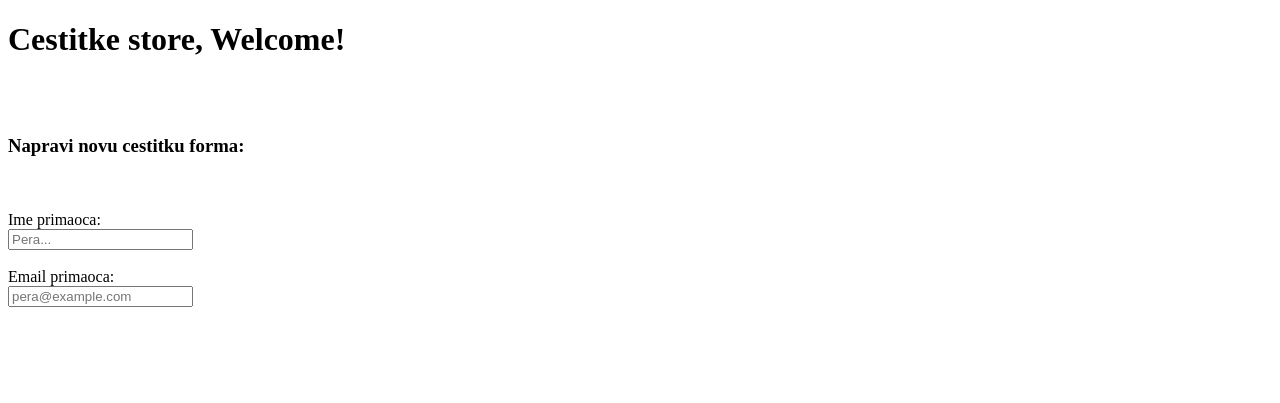
Repository: ObradovicNikola/pmf-rzk-part2
Page: http://localhost/CestitkeWEB/
The author's editor kept a copy of each file at every save. The page is drawn from the files as they stood at one save, then again after a run of saves.
The browser window is 1280 px wide. The pictures show the whole page.
The page is served by Tomcat 9.

Above is the page before, as saved 2022-12-06 18:37:55.

After the next 2 saves:
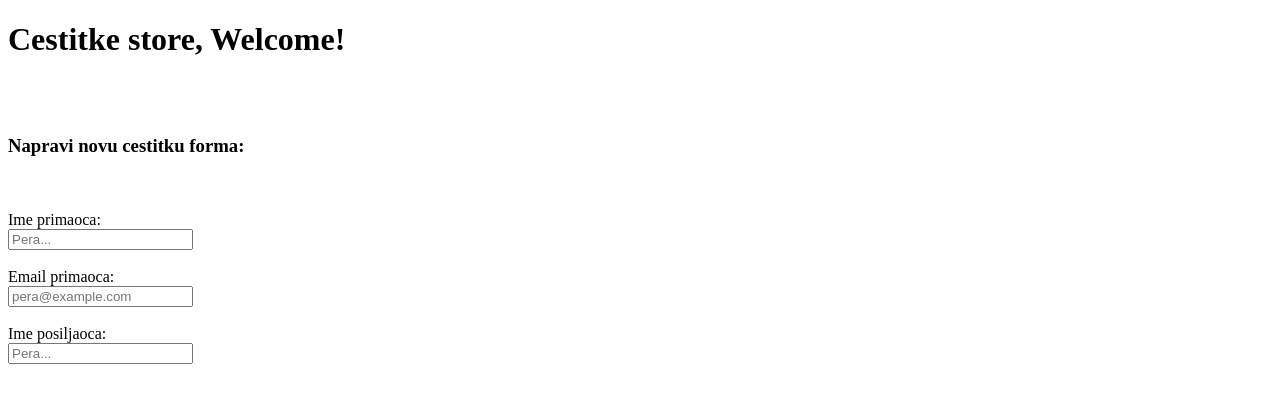
The 2 saves are shown as one change because they came seconds apart.
The last was saved 12 s later.
--- a/CestitkeWEB/src/main/webapp/index.jsp
+++ b/CestitkeWEB/src/main/webapp/index.jsp
@@ -25,7 +25,11 @@
 		<input type="email" name="to" placeholder="pera@example.com" required />
 		<br />
 		<br />
-
+		<label>Ime posiljaoca:</label>
+		<br />
+		<input type="text" name="from" placeholder="Pera..." required />
+		<br />
+		<br />
 	</form>
 </body>
 </html>
